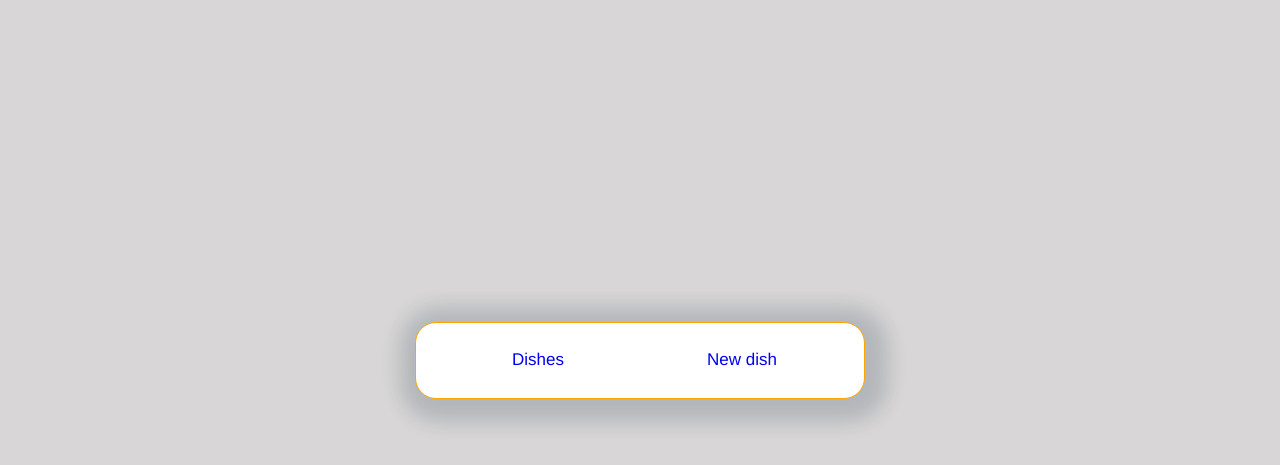
Repository: ZenLone/culinary-website
Page: / (app in frontend/)
These files come from the project's save history. The page is drawn as it stood at one moment and after the next save; the edit follows.
The browser window is 1280 px wide. The pictures show the whole page.
The project was rebuilt for these pictures with package versions that can differ from the ones it lists, and the page was loaded fresh each time. Also part of the build but not shown: frontend/vite.config.js, frontend/src/Dishes.vue.

Above is the page before, as saved 2025-04-06 12:32:21.

After the next save:
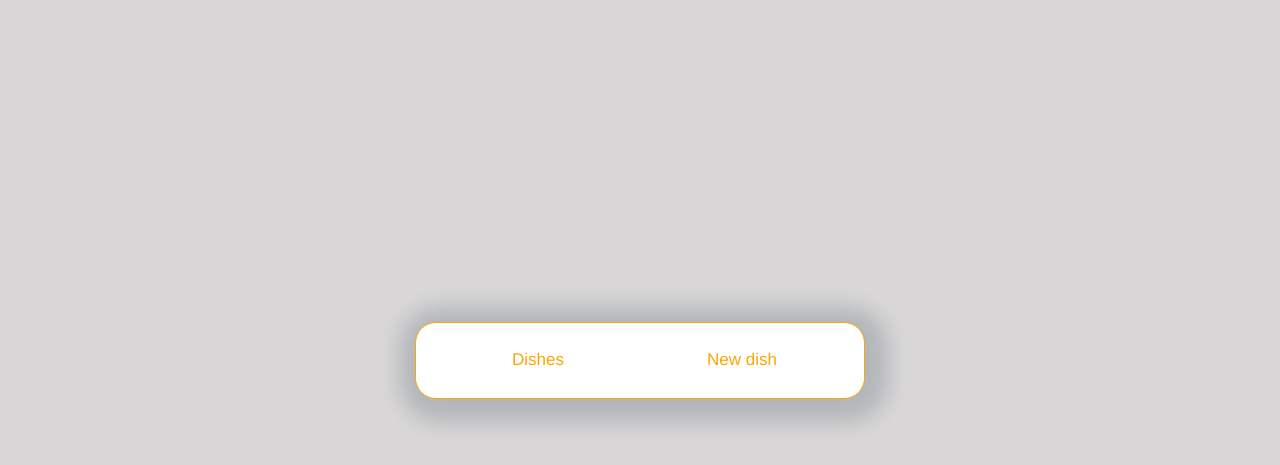
Saved 38 s later.
--- a/frontend/src/assets/main.css
+++ b/frontend/src/assets/main.css
@@ -39,6 +39,7 @@ button,input{
     height:25px;
     border-radius: 12px;
     transition: background-color .4s;
+    color:orange;
     &:hover{
       background-color: rgba(255, 166, 1, 0.732);
       cursor: pointer;
